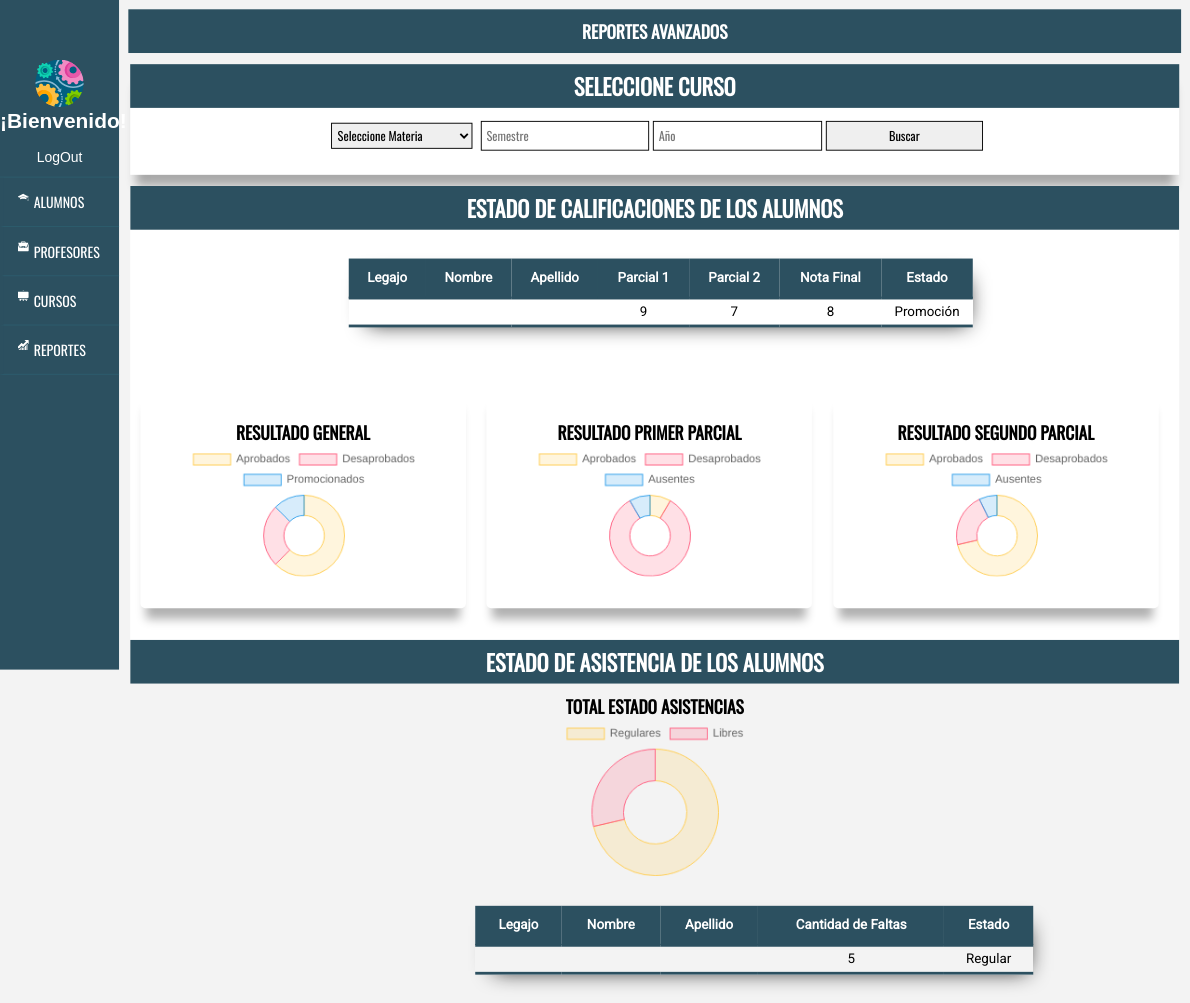
Repository: AlejandraBarrachina23/TPIntegrador_Barrachina_Java
Page: http://localhost/Alejandra_Barrachina_TP_Integrador1/reportes-avanzados.jsp
These files come from the project's save history. The page is drawn as it stood at one moment and after the next save; the edit follows.
The browser window is 1280 px wide. The pictures show the whole page, at 93% of full size.
Some web fonts or font styles are not loaded; a fallback is used. Some web libraries are served in a nearby version. The page is served by Tomcat 9. Nobody is signed in. The application's start-up code is not run. The database holds what the project's SQL file puts in it.

Above is the page before, as saved 2019-12-13 03:49:20.

After the next save:
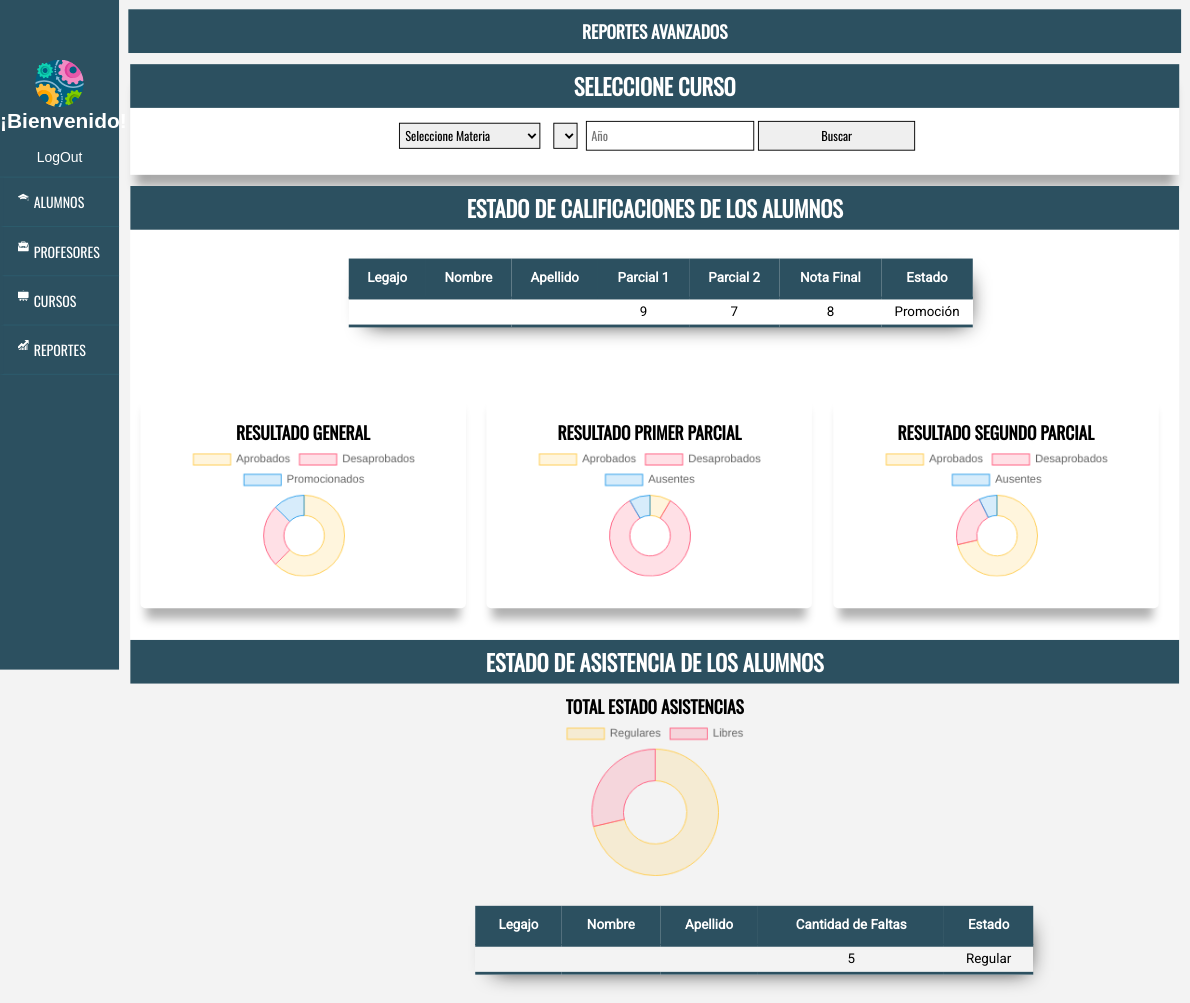
Saved 30 s later.
--- a/Alejandra_Barrachina_TP_Integrador1/WebContent/reportes-avanzados.jsp
+++ b/Alejandra_Barrachina_TP_Integrador1/WebContent/reportes-avanzados.jsp
@@ -46,7 +46,9 @@
 							for(Materia unaMateria : Materias.ListadoMaterias()){%>
 							<option class="opciones" value="<%=unaMateria.getIdMateria()%>"><%= unaMateria.getNombre()%></option><%}%>
 				</select>
-				<input type="text" placeholder="Semestre">
+				<select>
+					<option value="Primero">
+				</select>
 				<input type="number" placeholder="Año">
 				<input type="button" value="Buscar">
 			</div>
